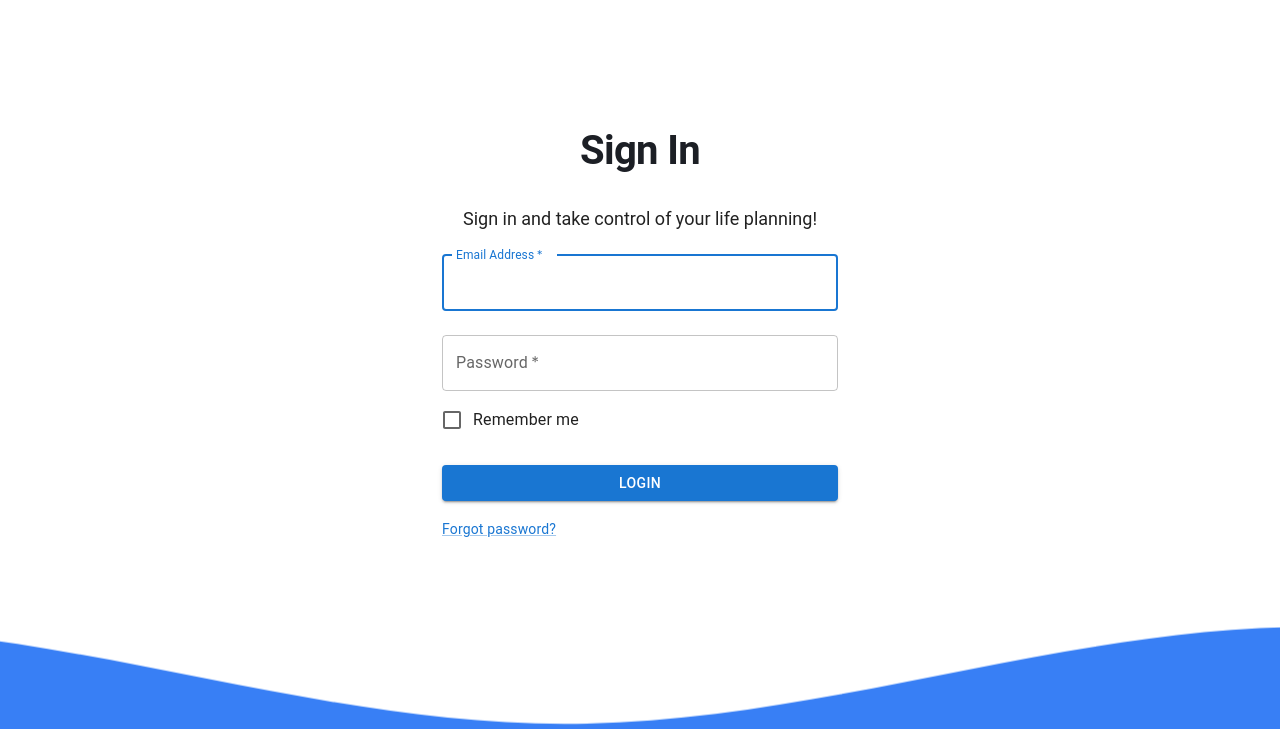
Repository: shubhampirate/Google_Solutions_Edural
Page: /
These files come from the project's save history. The page is drawn as it stood at one moment and after the next save; the edit follows.
The browser window is 1280 px wide. The pictures show the whole page.
The project was rebuilt for these pictures with package versions that can differ from the ones it lists, and the page was loaded fresh each time. Some packages were replaced by stand-ins written for this rebuild. Also part of the build but not shown: src/Components/CustomButton.jsx, src/Components/Navbar.jsx, src/Components/Footer.jsx, src/Components/CongratsCard.jsx, src/pages/Hero/Hero.jsx.

Above is the page before, as saved 2024-02-02 20:38:24.

After the next save:
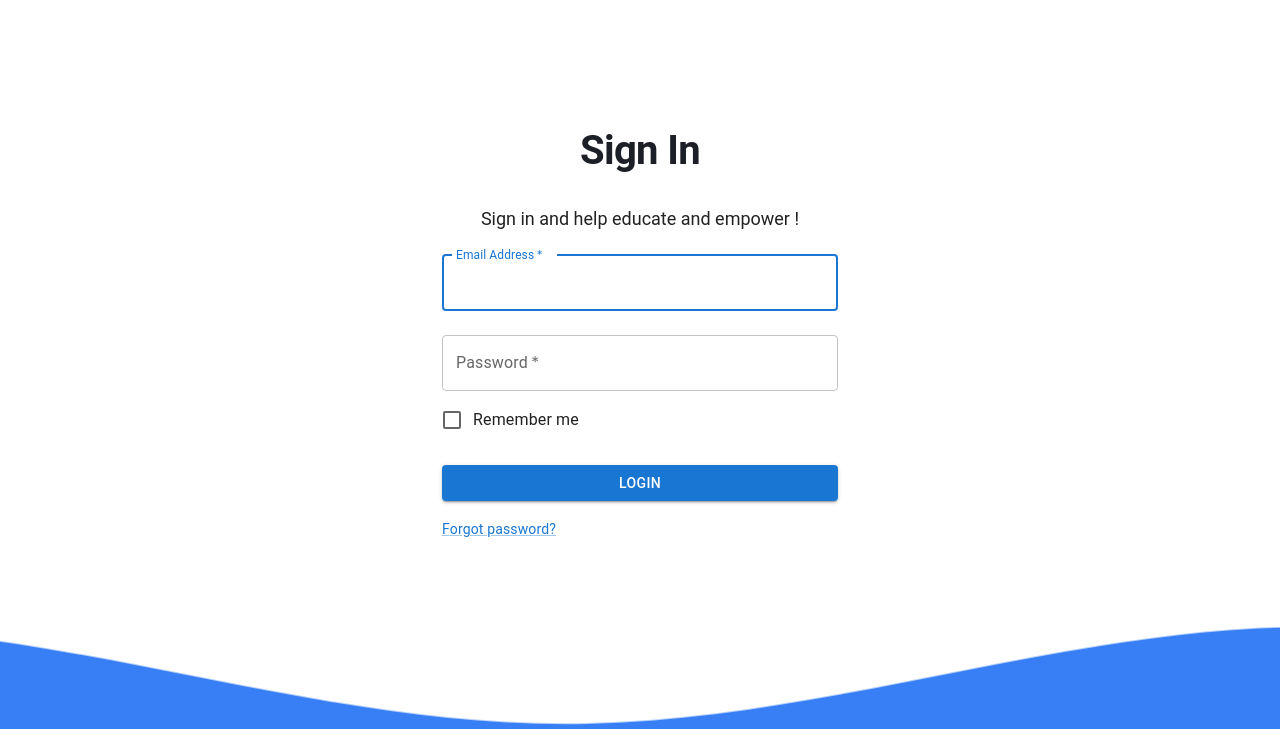
Saved 58 s later.
--- a/src/pages/Sign_in.jsx
+++ b/src/pages/Sign_in.jsx
@@ -96,7 +96,7 @@ export default function SignIn() {
             Sign In
           </Title>
           <Typography component="h2" variant="h5" sx={{ fontSize: "18px" }}>
-            Sign in and take control of your life planning!
+            Sign in and help educate and empower !
           </Typography>
           <Box component="form" onSubmit={handleSubmit} noValidate sx={{ mt: 1 }}>
             <TextField
